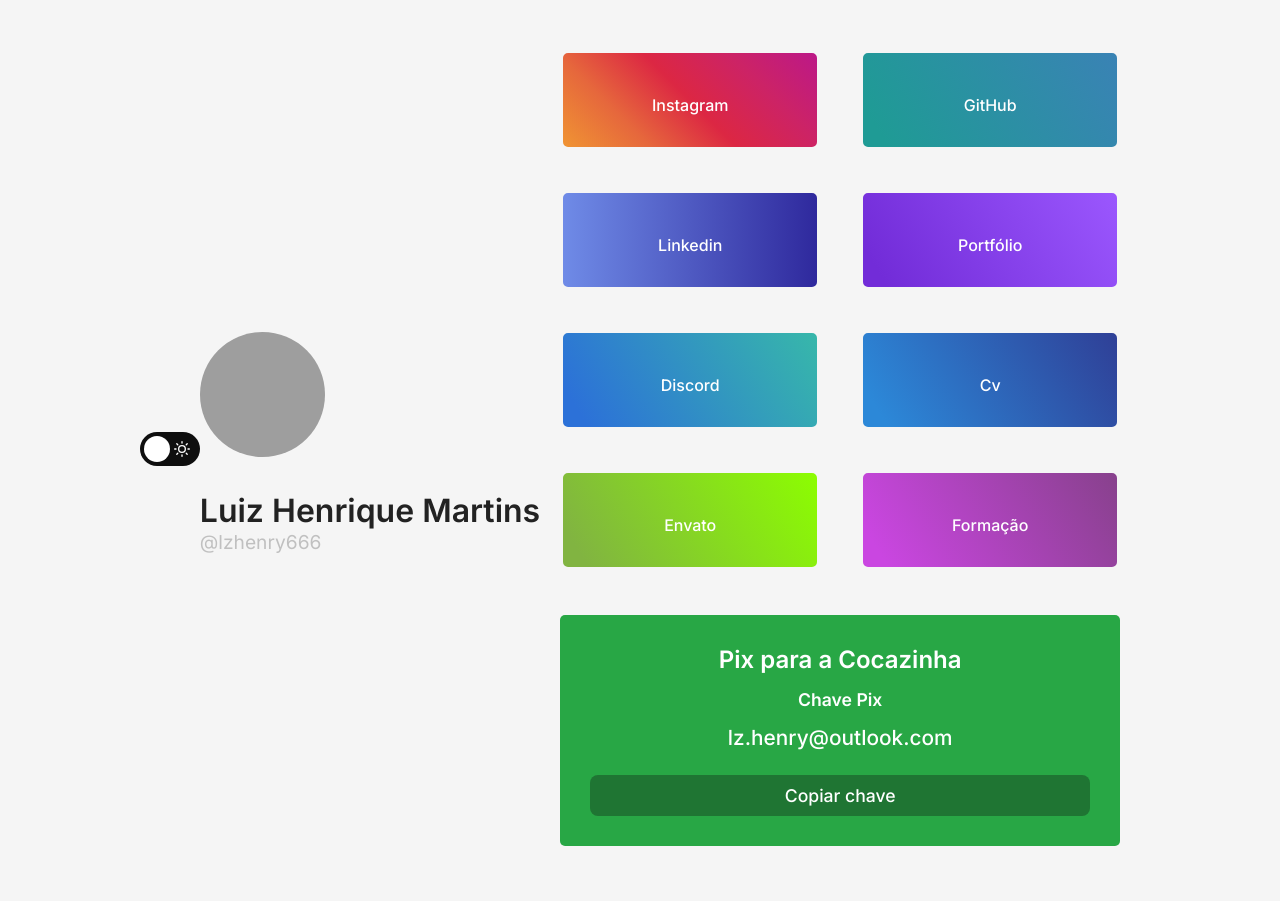
Repository: lzhenry666/FIND-ME-LZ
Page: index.html
These files come from the project's save history. The page is drawn as it stood at one moment and after the next save; the edit follows.
The browser window is 1280 px wide. The pictures show the whole page.
Pictures or frames that could not be fetched are drawn as grey boxes. Some icons come from a web library that is not loaded, so they are not drawn.

Above is the page before, as saved 2023-06-30 00:02:11.
Console error: TypeError: Cannot read properties of null (reading 'addEventListener')

After the next save:
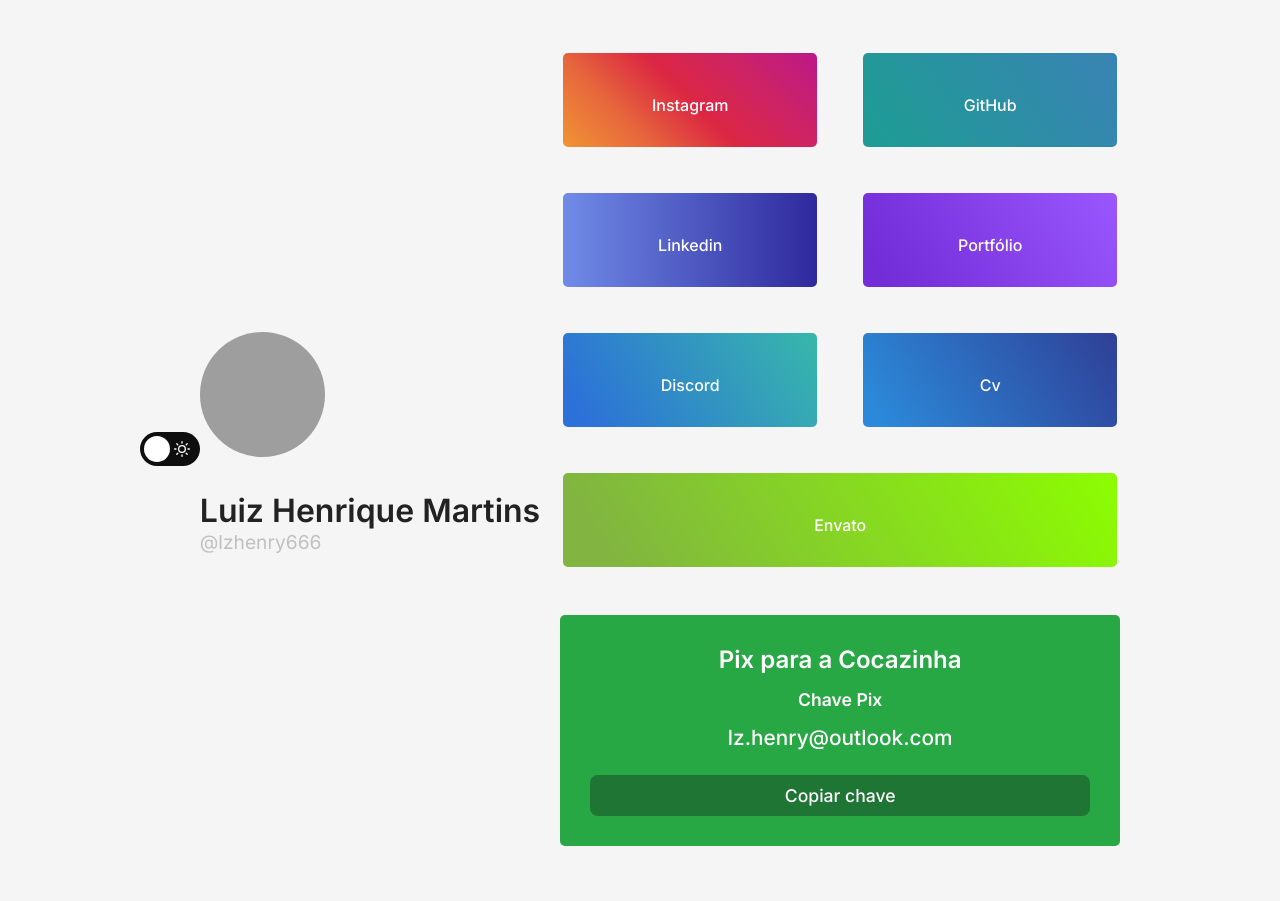
Saved 2 days later.
--- a/index.html
+++ b/index.html
@@ -102,12 +102,17 @@
                         Envato
                       </h3>
                 </div></a>
-                <a href="/Formacao.html" target="_blank"><div style="background: linear-gradient(58deg, #ca46e1 8%, #89418e 98%);" >
+
+                <!--
+
+ <a href="/Formacao.html" target="_blank"><div style="background: linear-gradient(58deg, #ca46e1 8%, #89418e 98%);" >
                     <span class="iconify" data-inline="false" data-icon="fluent:hat-graduation-12-filled"></span>
                     <h3>
                         Formação
                       </h3>
                 </div></a>
+
+-->
             </article>
         </section>
 
